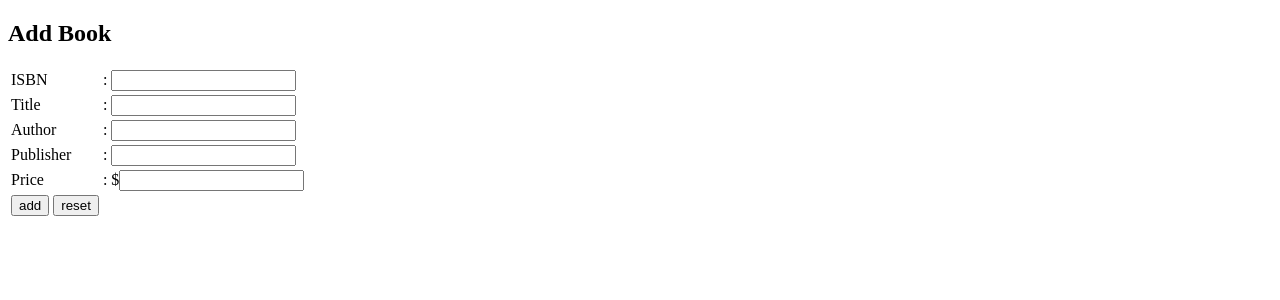
Repository: beryorindi/java2ee
Page: http://localhost/JSF-Example-2/bookcrud.jsp
An editor plug-in stored every save of this project. The page is shown before and after the next save, followed by the edit.
The browser window is 1280 px wide. The pictures show the whole page.
The page is served by Tomcat 9. Nobody is signed in. The application's start-up code is not run.

Above is the page before, as saved 2017-04-21 06:24:51.

After the next save:
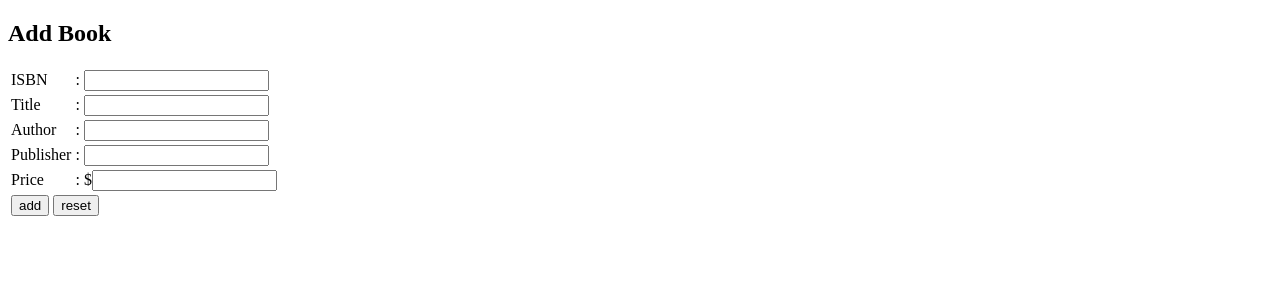
Saved 29 s later.
--- a/project5-exercise/JSF-Example-2/WebContent/bookcrud.jsp
+++ b/project5-exercise/JSF-Example-2/WebContent/bookcrud.jsp
@@ -66,7 +66,7 @@
 				</td>
 			</tr>
 			<tr>
-				<td>
+				<td colspan="3">
 					<button type="submit">add</button>
 					<button type="reset">reset</button>
 				</td>
